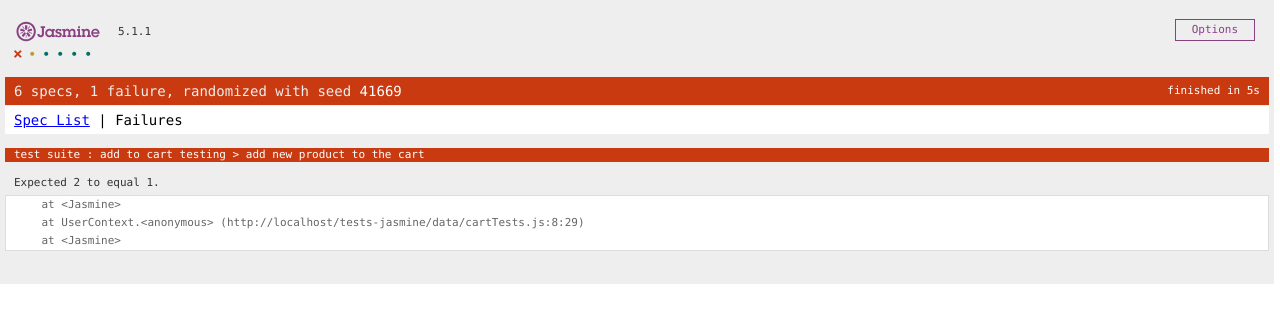
Repository: Gaurav124937/Javascirpt-amazon-clone
Page: tests-jasmine/tests.html
The author's editor kept a copy of each file at every save. The page is drawn from the files as they stood at one save, then again after the next save.
The browser window is 1280 px wide. The pictures show the whole page.

Above is the page before, as saved 2026-10-14 20:46:14.

### tests-jasmine/tests.html
<!DOCTYPE html>
<html>
<head>
  <meta charset="utf-8">
  <title>Jasmine Spec Runner v5.1.1</title>

  <link rel="shortcut icon" type="image/png" href="lib/jasmine-5.1.1/jasmine_favicon.png">
  <link rel="stylesheet" href="lib/jasmine-5.1.1/jasmine.css">

  <script src="lib/jasmine-5.1.1/jasmine.js"></script>
  <script src="lib/jasmine-5.1.1/jasmine-html.js"></script>
  <script src="lib/jasmine-5.1.1/boot0.js"></script>
  <!-- optional: include a file here that configures the Jasmine env -->
  <script src="lib/jasmine-5.1.1/boot1.js"></script>


  <script src="utils/moneyTest.js" type="module"></script>
  <script src="data/cartTests.js" type="module"></script>

</head>

<body>
</body>
</html>

### tests-jasmine/utils/moneyTest.js
import { formatCurrency } from "../../js/utils/money.js";

describe('test suite : formatCurrency', () => {
    it('convert cents to dollar', () => {
        expect(formatCurrency(2095)).toEqual('20.95');
    });
    it('work with 0', () => {
        expect(formatCurrency(0)).toEqual('0.00');
    });
    describe("round up to nearest cents", () => {
        it('2000.5', () => {
            expect(formatCurrency(2000.5)).toEqual('20.01');
        });
        it('2000.4', () => {
            expect(formatCurrency(2000.4)).toEqual('20.00');
        });
    })


});

### tests-jasmine/data/cartTests.js
import { addTocart ,cart, selector} from '../../data/cart.js';
describe('test suite : add to cart testing',()=>{
    it('adds existing product to the cart',()=>{

    });
    it('add new product to the cart',()=>{
        addTocart('e43638ce-6aa0-4b85-b27f-e1d07eb678c6');
        expect(cart.length).toEqual(1);
    });



})

### js/utils/money.js
export function formatCurrency(priceCents) {
  return (Math.round(priceCents) / 100).toFixed(2);
}

### data/cart.js
export let cart;
export function loadFromStorage(){
  cart = JSON.parse(localStorage.getItem("cart"));

if (!cart) {
  cart = [
    {
      productId: "e43638ce-6aa0-4b85-b27f-e1d07eb678c6",
      quantity: 2,
      deliveryOptionId: "1",
    },
    {
      productId: "15b6fc6f-327a-4ec4-896f-486349e85a3d",
      quantity: 1,
      deliveryOptionId: "2",
    },
  ];
}
}

loadFromStorage();
//added since it belongs to cart

function saveToStorage() {
  localStorage.setItem("cart", JSON.stringify(cart));
}

export function selector(productId) {
  //makin selector interactive
  const quantitySelector = document.querySelector(
    `.js-quantity-selector-${productId}`,
  );

  if (!quantitySelector) {
    return 0;
  }

  const quantity = Number(quantitySelector.value);
  if (Number.isInteger(quantity) && quantity > 0) {
    return quantity;
  } else {
    return 0;
  }
}

export function addTocart(productId) {
  let matchingItem;
  cart.forEach((cartItem) => {
    if (cartItem.productId === productId) {
      matchingItem = cartItem;
    }
  });

  //calling selector function
  const quantity = selector(productId);
  if (quantity > 0) {
    if (matchingItem) {
      matchingItem.quantity += quantity;
    } else {
      cart.push({
        productId: productId,
        quantity: quantity,
        deliveryOptionId: "1",
      });
    }
  } else {
    if (matchingItem) {
      matchingItem.quantity += 1;
    } else {
      cart.push({
        productId: productId,
        quantity: 1,
        deliveryOptionId: "1",
      });
    }
  }

  saveToStorage();
}

export function removeFromCart(productId) {
  const newCart = [];
  cart.forEach((cartItem) => {
    if (cartItem.productId !== productId) {
      newCart.push(cartItem);
    }
  });

  cart = newCart;

  saveToStorage();
}

export function updateDeliveryOptions(productId, deliveryOptionId) {
  let matchingItem;
  cart.forEach((cartItem) => {
    if (cartItem.productId === productId) {
      matchingItem = cartItem;
    }
  });
  matchingItem.deliveryOptionId = deliveryOptionId;
  saveToStorage();
}

Loaded but not shown: tests-jasmine/lib/jasmine-5.1.1/jasmine.css (library); tests-jasmine/lib/jasmine-5.1.1/jasmine.js (library); tests-jasmine/lib/jasmine-5.1.1/jasmine-html.js (library); tests-jasmine/lib/jasmine-5.1.1/boot0.js (common file); tests-jasmine/lib/jasmine-5.1.1/boot1.js (library)

After the next save:
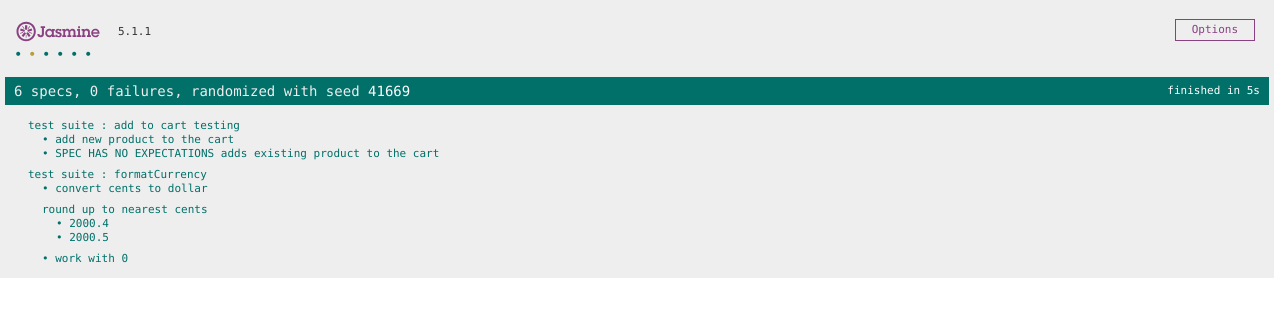
Saved 3 min 7 s later.
--- a/tests-jasmine/data/cartTests.js
+++ b/tests-jasmine/data/cartTests.js
@@ -1,9 +1,13 @@
-import { addTocart ,cart, selector} from '../../data/cart.js';
+import { addTocart ,cart, loadFromStorage } from '../../data/cart.js';
 describe('test suite : add to cart testing',()=>{
     it('adds existing product to the cart',()=>{
 
     });
     it('add new product to the cart',()=>{
+        spyOn(localStorage,'getItem').and.callFake(()=>{
+            return JSON.stringify([]);
+        });
+        loadFromStorage();
         addTocart('e43638ce-6aa0-4b85-b27f-e1d07eb678c6');
         expect(cart.length).toEqual(1);
     });
